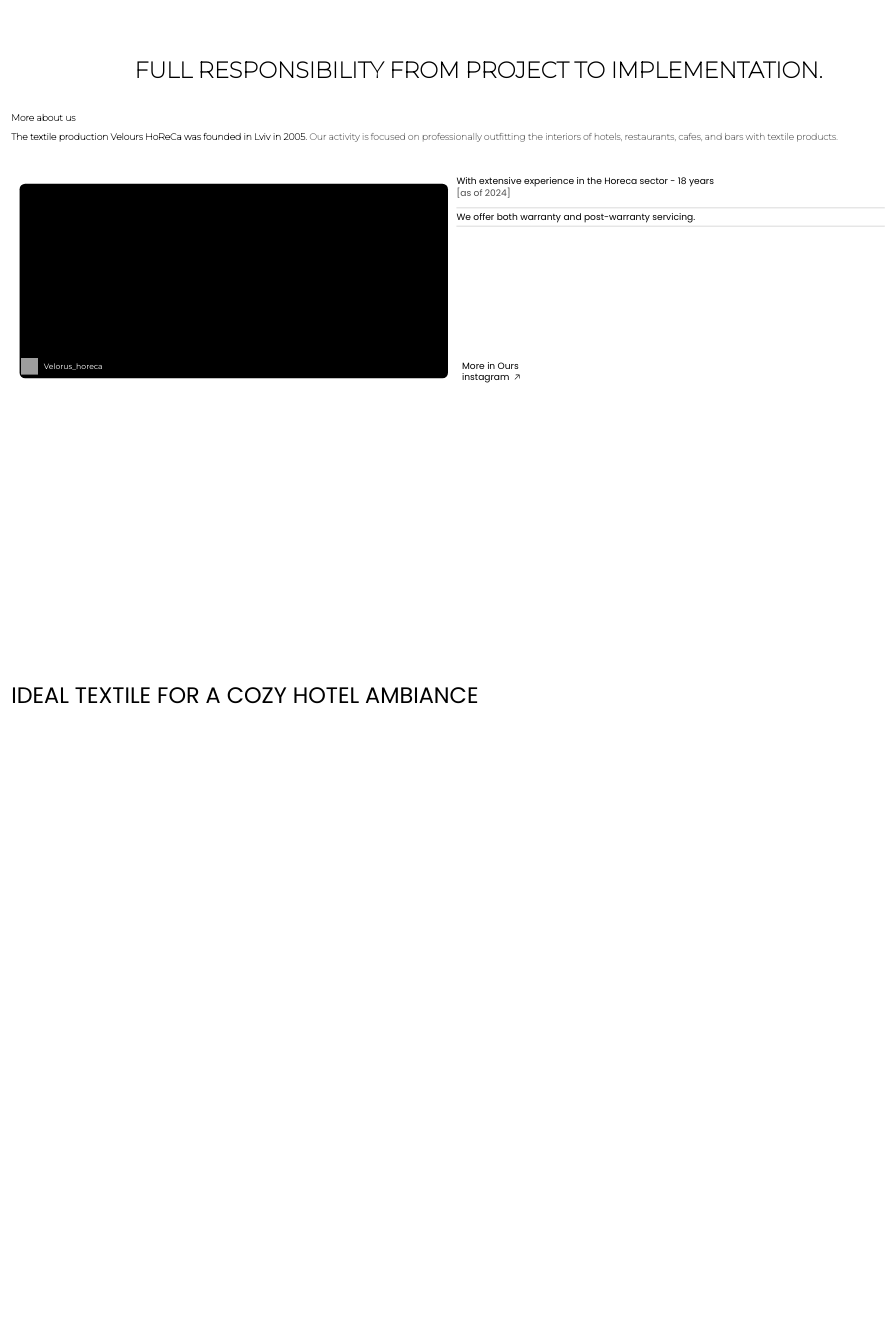
Repository: nikhilsinghrathore1/Shery_02
Page: /
The author's editor kept a copy of each file at every save. The page is drawn from the files as they stood at one save, then again after the next save.
The browser window is 1280 px wide. The pictures show the part of the page from y = 2929 to 4849 px (the page is 5544 px tall), at 70% of full size.
Pictures or frames that could not be fetched are drawn as grey boxes. The project was rebuilt for these pictures with package versions that can differ from the ones it lists, and the page was loaded fresh each time. Also part of the build but not shown: vite.config.js.

Above is the page before, as saved 2024-07-18 03:07:50.

### src/App.jsx
import { useState } from 'react'
import reactLogo from './assets/react.svg'
import viteLogo from '/vite.svg'
import './App.css'
import Landing from './pages/Landing'

function App() {
  const [count, setCount] = useState(0)

  return (
    <>
      <Landing/>
    </>
  )
}

export default App

### src/App.css
@font-face {
  font-family: font1;
  src: url("../public/6624dc4c3f39ffabcd0dc162_Montserrat-VariableFont_wght.ttf");
}
@font-face {
  font-family: font2;
  src: url("../public/CircularXXWeb-Book\ \(1\).ttf");
}
@font-face {
  font-family: font3;
  src: url("../public/JTUQjIg1_i6t8kCHKm459WxRyS7m0dR9pA.ttf");
}
@font-face {
  font-family: font4;
  src: url("../public/JTUSjIg1_i6t8kCHKm459WlhyyTh89Y.ttf");
}
@font-face {
  font-family: font5;
  src: url("../public/pxiEyp8kv8JHgFVrJJfecnFHGPc.ttf");
}

.f1{
  font-family: font1;
}
.f2{
  font-family: font2;
}
.f3{
  font-family: font3;
}
.f4{
  font-family: font4;
}
.f5{
  font-family: font5;
}

### src/pages/Landing.jsx
import React from 'react'
import MoreInsta from '../components/MoreInsta'
import Nav from '../components/Nav'
import SingleHero from '../components/SingleHero'
import VideoCont from '../components/VideoCont'

const Landing = () => {
  return (
    <div className='w-full overflow-hidden'>
               {/* this is the first image gallery part */}
               <div className='w-full h-[400vh] relative '>
               <Nav/>
               <SingleHero img={"https://cdn.prod.website-files.com/6613fb0aff6a7761bf9a817d/66267f01781250e3c4f8ed19_hero-01-p-1080.webp"} text={"hotel"}/>
               <SingleHero img={"https://cdn.prod.website-files.com/6613fb0aff6a7761bf9a817d/66267f00e43626f944ce0076_hero-02-p-1080.webp"} text={"restaurant"}/>
               <SingleHero img={"https://cdn.prod.website-files.com/6613fb0aff6a7761bf9a817d/66267f011d36d94902bbbcd3_hero-03-p-1080.webp"} text={"catering"}/>
               <SingleHero img={"https://cdn.prod.website-files.com/6613fb0aff6a7761bf9a817d/66267f0015a49ebd0cb05e50_hero-04-p-1080.webp"} text={"+automative"}/>
               </div>

               {/* this is the second text wala part  */}

               <div className='w-full  h-[120vh] px-4 pt-32 leading-[42px]'>
                              {/* this is the variable weight text */}
                              <div className='w-full f4 text-[32px] font-semibold text-black uppercase h-fit'>
                                             <p><span className='pl-44'>full</span> responsibility from project to implementation.</p>
                              </div>

                              <div className='f4 text-[13px] font-semibold mt-10 leading-none'>
                                             <p>More about us</p>
                                             <p className='mt-3 leading-[16px] font-semibold'>The textile production Velours HoReCa was founded in Lviv in 2005. <span className='opacity-60'>Our activity is focused on professionally outfitting the interiors of hotels, restaurants, cafes, and bars with textile products.</span></p>
                              </div>

                              <div className='w-full flex h-[50vh] mt-12 '>
                                             <div className='w-1/2 h-full flex justify-end pt-3'>
                                                            <VideoCont/>
                                             </div>
                                             <div className='w-1/2 h-full flex flex-col justify-between pl-3 pb-16 f5 font-light'>

                                                            <div className='w-full leading-[17px]  text-[13px]'>
                                                                           <p>With extensive experience in the Horeca sector - 18 years </p>
                                                                           <p className='opacity-70'>[as of 2024]</p>

                                                                           <div className='border-y-[1px] border-black/20 py-1 mt-3'>
                                                                                          <p>We offer both warranty and post-warranty servicing.</p>
                                                                           </div>
                                                            </div>

                                                            <div className='f4 pl-2'>
                                                                           <MoreInsta/>
                                                            </div>



                                             </div>
                              </div>
               </div>

               <div className='w-full h-[250vh] px-4 pt-40'>
               <div className=' uppercase text-[32px] w-[78%] leading-[35px] f5 font-light '>
                                             <p>ideal textile for a cozy hotel ambiance</p>
                              </div>
               </div>


    </div>
  )
}

export default Landing

### src/components/MoreInsta.jsx
import React from 'react'
import { GoArrowUpRight } from "react-icons/go";

const MoreInsta = () => {
  return (
    <div className=' leading-[16px] text-[13px] text-black f5 font-light'>
               <p>More in Ours</p>
               <p className='flex items-center gap-1'>instagram <span><GoArrowUpRight/></span></p>
    </div>
  )
}

export default MoreInsta

### src/components/Nav.jsx
import React from 'react'

const Nav = () => {
  return (
    <div className='w-full h-[100vh]  fixed text-white flex flex-col justify-between z-40 top-0'>
        <div className=' flex items-center justify-center pt-7'>

               <div className='flex  flex-col items-center justify-center leading-[18px]'>
                              <h1 className='text-[24px] f1'>Velorus</h1>
                              <h2 className='text-[10px] f1 '>HoReCa</h2>
               </div>
        </div>

        {/* this is the menu bar kinda thingy */}
        <div className='w-full h-[10vh]  px-3  '>

          <div className='w-full h-[65%] bg-black rounded-md flex justify-between px-[2px]'>
            <div className='w-[18%] h-full bg-white flex items-center justify-center overflow-hidden rounded-md'>
              <img className='w-[90%] h-[90%] object-cover' src="https://cdn.prod.website-files.com/6613fb0aff6a7761bf9a817d/6624b9bbba2e8daa37ae2e54_download-img-02.webp" alt="not showing" />
            </div>

            <div className='w-[57%] h-full text-[13px] text-white leading-[16px] f2 flex items-center justify-center'>
              <p>Download our Brochour on services in the HoReCa industry</p>
            </div>


            <div className='w-[15%] h-full bg-white flex items-center justify-center overflow-hidden rounded-md'>
              <img className='w-[80%] h-[80%] object-cover' src="https://cdn.prod.website-files.com/6613fb0aff6a7761bf9a817d/6624bdfbd80898e1c3060de1_download-icon.webp" alt="not showing" />
            </div>
          </div>





        </div>

    </div>
  )
}

export default Nav

### src/components/SingleHero.jsx
import React from 'react'

const SingleHero = ({img , text}) => {
  return (
    <div className='w-full h-[100vh] relative'>
               <div className='absolute bg-black/10 flex items-center justify-center w-full h-full top-0'>
                              <h1 className='uppercase text-[44px] f4 font-bold tracking-wider text-white'>{text}</h1>
               </div>
               <img className='w-full h-full object-cover' src={img} alt="not showing" />
    </div>
  )
}

export default SingleHero

### src/components/VideoCont.jsx
import React from 'react'

const VideoCont = () => {
  return (
    <div className='w-[98%] h-[80%] bg-black rounded-lg pt-[3px] px-[2px] '>
               <div className='w-full h-[87%] overflow-hidden rounded-lg'>
                              <video autoPlay muted loop className='w-full h-full object-cover' src="https://s3.amazonaws.com/webflow-prod-assets/6613fb0aff6a7761bf9a817d/663bcfe77765a0f1702b036f_insta-3.mp4"></video>
               </div>
               <div className='w-full text-white text-[11px] f1 h-[13%] pt-1 flex items-center pb-[2px] gap-2'>
                              <img className='w-[24px] h-[24px] object-cover' src="https://cdn.prod.website-files.com/6613fb0aff6a7761bf9a817d/663bcbd3012e5e6821be914c_logo-horeca.png" alt="not showing" />
                              <p>Velorus_horeca</p>
               </div>
    </div>
  )
}

export default VideoCont

Loaded but not shown: index.html (common file); src/main.jsx (common file); src/index.css (common file); tailwind.config.js (common file)

After the next save:
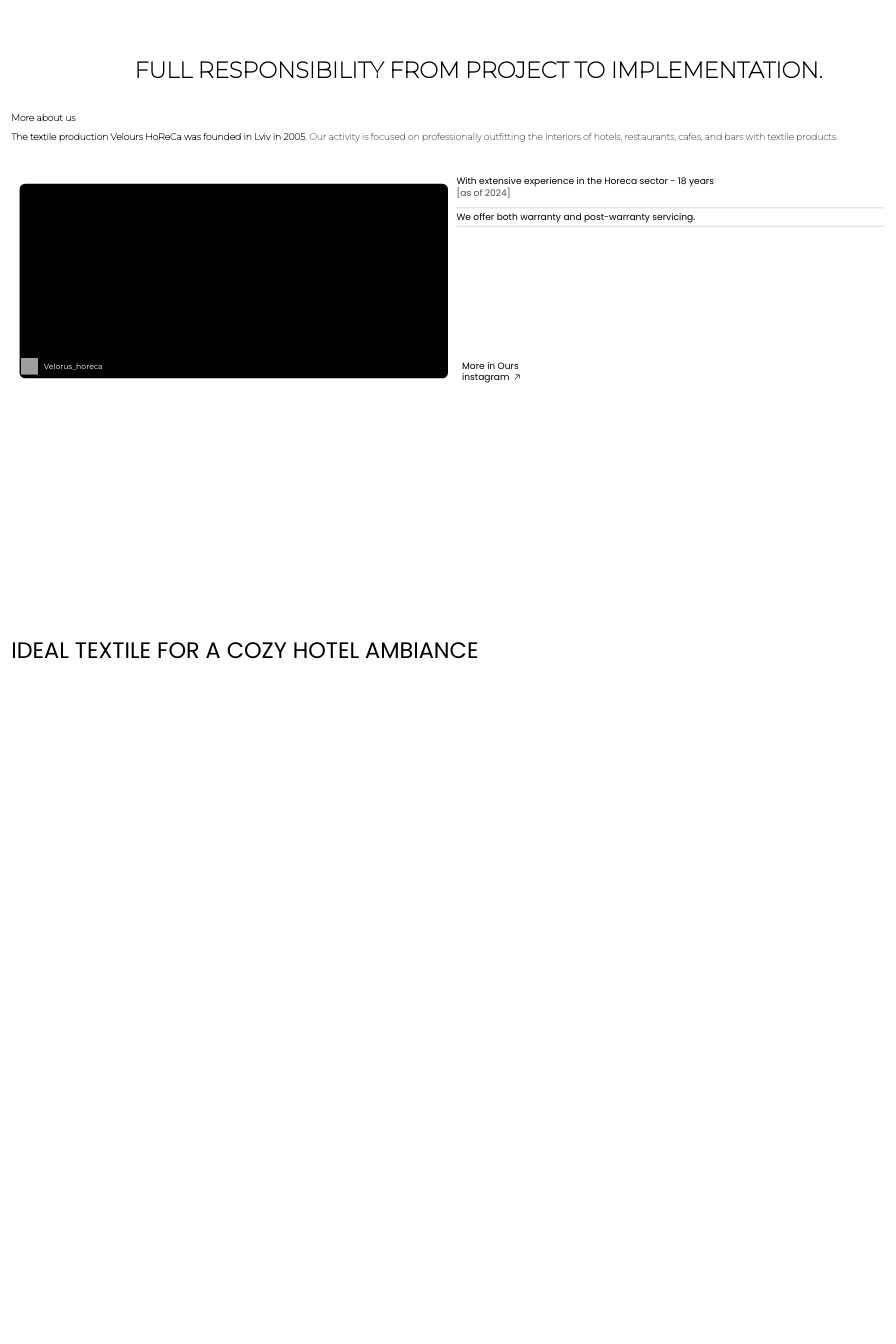
Saved 4 s later.
--- a/src/pages/Landing.jsx
+++ b/src/pages/Landing.jsx
@@ -54,7 +54,7 @@ const Landing = () => {
                               </div>
                </div>
 
-               <div className='w-full h-[250vh] px-4 pt-40'>
+               <div className='w-full h-[250vh] px-4 pt-24'>
                <div className=' uppercase text-[32px] w-[78%] leading-[35px] f5 font-light '>
                                              <p>ideal textile for a cozy hotel ambiance</p>
                               </div>
